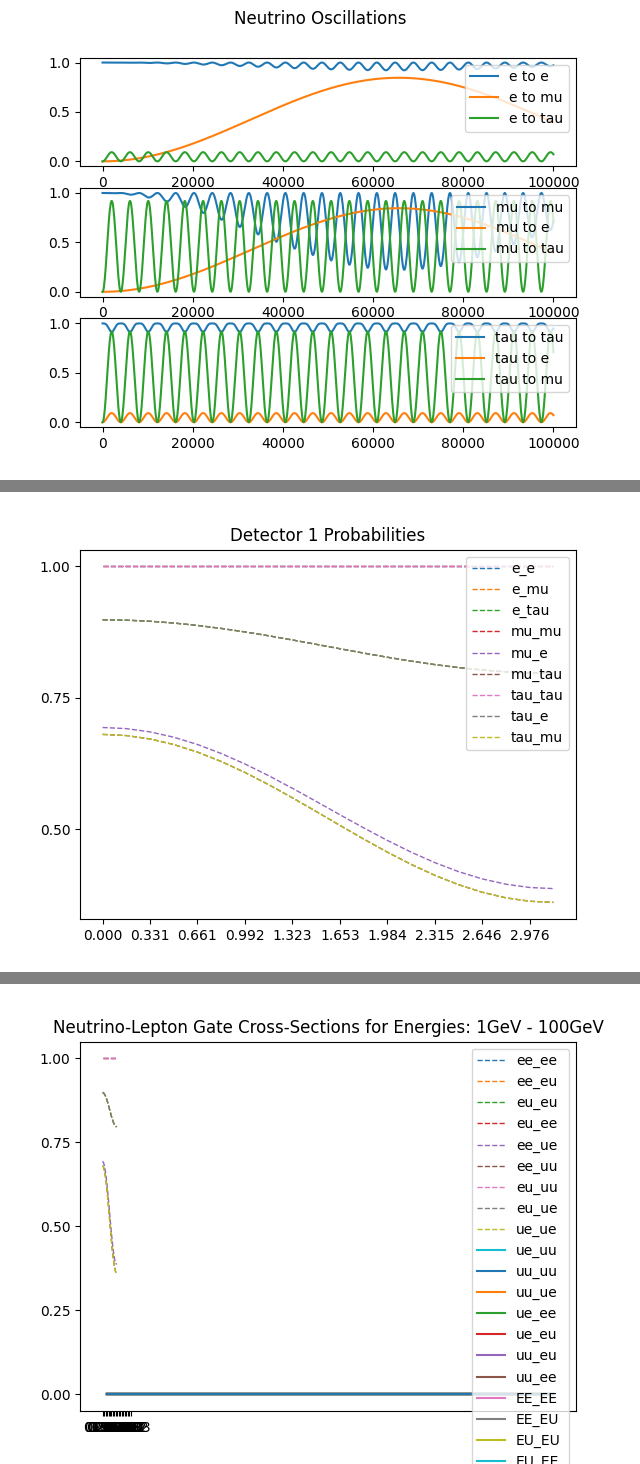
Repository: MichaelCullen2011/QuantumAndNeutrinos
Script's output: python neutrinos.py
The author's editor kept a copy of each file at every save. The script's output is drawn from the files as they stood at one save, then again after the next save.
Each picture stacks the figures in order, with grey between them; figures that are only written to a file come last. Random numbers start from a fixed seed.

Above is the script's output before, as saved 2021-06-02 16:43:33.

### neutrinos.py
import numpy as np
import matplotlib.pyplot as plt


'''
To Do           - tau interactions
                - clean up constant variables into dicts or lists
'''


'''
Variables and Constants
'''
# # Constants
# Mass difference squared between two flavour states
delta_m_sq = {'eu': 7.53e-5, 'tu': 2.44e-3, 'te': 2.44e-3, 'ue': 7.53e-5, 'ut': 2.44e-3, 'et': 2.44e-3}     # eV**2
delta_m_e_mu_sq = 7.53e-5      # eV**2
delta_m_tau_mu_sq = 2.44e-3    # eV**2  # can be +ve or -ve
delta_m_tau_e_sq = 2.44e-3     # eV**2  # can be +ve or -ve
delta_m_mu_e_sq = delta_m_e_mu_sq      # eV**2
delta_m_mu_tau_sq = delta_m_tau_mu_sq    # can be +ve or -ve
delta_m_e_tau_sq = delta_m_tau_e_sq     # eV**2

# Angle between flavour states
sin_q_theta = {'eu': 0.846, 'tu': 0.92, 'te': 0.093, 'ue': 0.846, 'ut': 0.92, 'et': 0.093}
sin_sq_theta_e_tau = 0.093
sin_sq_theta_e_mu = 0.846
sin_sq_theta_mu_tau = 0.92      # actually > 0.92 but it varies on atmospheric values
sin_sq_theta_mu_e = sin_sq_theta_e_mu
sin_sq_theta_tau_e = sin_sq_theta_e_tau
sin_sq_theta_tau_mu = sin_sq_theta_mu_tau

G_f = 1.1663787e-5         # GeV-2
sin_sq_theta_w = 0.22290        # Weinberg angle
m_e = 0.511 * 1e-3     # GeV c-2
m_u = 105 * 1e-3       # GeV c-2
sigma_naught = 1.72e-45         # m**2 / GeV

# # Variables
# m_out = 10       # reactant mass out (electrons, muons etc)
# m_in = 1000        # reactant mass in (electrons, muons etc)
# E_v = 100     # Neutrino energy
# L = 10       # distance oscillating (for oscillation)
# E = E_v     # Neutrino beam energy
# d = 10       # distance travelled (for decoherence)



'''
Oscillation Probabilities   -   p_oscill = (np.sin(2 * theta))**2 * (np.sin((delta_m_sq * L) / (4 * E)))**2
'''
class Oscillations:
    def __init__(self, distance=1e6, energy=10):
        self.prob_list = {
            'eu': [], 'et': [],
            'ue': [], 'ut': [],
            'te': [], 'tu': [],
            'ee': [], 'uu': [],     # do these last as theyre calculated based on the previously calculated
            'tt': [],
        }

        self.prob_reduced = {
            'e': [],
            'u': [],
            't': []
        }

        self.prob_neut = []

        self.max_points = 1000      # Number of points
        self.E = energy
        self.L = distance    # Km
        self.x_range = np.linspace(0, self.L / self.E, self.max_points)
        theta_range = np.linspace(0, 2 * np.pi, self.max_points)


    def calculate(self):
        for x in self.x_range:
            # print(f"Calculated Probability of {self.max_points}")
            for change in self.prob_list.keys():
                if change not in ['ee', 'uu', 'tt']:
                    self.prob_list[change].append(Oscillations.prob(self, flavours=change, x=x))
            self.prob_list['ee'].append(1 - (self.prob_list['eu'][-1] * self.prob_list['et'][-1]))
            self.prob_list['uu'].append(1 - (self.prob_list['ue'][-1] * self.prob_list['ut'][-1]))
            self.prob_list['tt'].append(1 - (self.prob_list['te'][-1] * self.prob_list['tu'][-1]))

        self.prob_reduced['e'] = [self.prob_list['ee'], self.prob_list['eu'], self.prob_list['et']]
        self.prob_reduced['u'] = [self.prob_list['uu'], self.prob_list['ue'], self.prob_list['ut']]
        self.prob_reduced['t'] = [self.prob_list['tt'], self.prob_list['te'], self.prob_list['tu']]
        Oscillations.plot(self)


    def plot(self):
        fig, axs = plt.subplots(3)
        fig.suptitle('Neutrino Oscillations')
        n = 0
        for initial in self.prob_reduced.values():
            if n == 0:
                for p in initial:
                    axs[n].plot(self.x_range, p)
                    axs[n].legend(['e to e', 'e to mu', 'e to tau'], loc=1)
            if n == 1:
                for p in initial:
                    axs[n].plot(self.x_range, p)
                    axs[n].legend(['mu to mu', 'mu to e', 'mu to tau'], loc=1)
            if n == 2:
                for p in initial:
                    axs[n].plot(self.x_range, p)
                    axs[n].legend(['tau to tau', 'tau to e', 'tau to mu'], loc=1)
            n += 1
        plt.show()


    def prob(self, flavours, x):
        if flavours == 'eu':
            prob = sin_sq_theta_e_mu * np.square(np.sin(1.27 * delta_m_e_mu_sq * x / 4))
        elif flavours == 'et':
            prob = sin_sq_theta_e_tau * np.square(np.sin(1.27 * delta_m_e_tau_sq * x / 4))
        elif flavours == 'ue':
            prob = sin_sq_theta_e_mu * np.square(np.sin(1.27 * delta_m_mu_e_sq * x / 4))
        elif flavours == 'ut':
            prob = sin_sq_theta_mu_tau * np.square(np.sin(1.27 * delta_m_mu_tau_sq * x / 4))
        elif flavours == 'te':
            prob = sin_sq_theta_tau_e * np.square(np.sin(1.27 * delta_m_tau_e_sq * x / 4))
        elif flavours == 'tu':
            prob = sin_sq_theta_tau_mu * np.square(np.sin(1.27 * delta_m_tau_mu_sq * x / 4))
        return prob



'''
Cross Sections
'''
class CrossSections:
    def __init__(self, energy, lepton):
        E_v = energy
        sigma_naught = 1.72e-45

        s_e = sigma_naught * np.pi / G_f**2
        s_u = s_e * (m_u / m_e)

        sigma_naught_e = (2 * m_e * G_f**2 * E_v) / np.pi
        sigma_naught_u = (2 * m_u * G_f**2 * E_v) / np.pi

        if lepton == 'e':
            sigma_naught = sigma_naught_e
            self.cs_without_ms = {'e_e': [], 'E_E': [], 'E_U': [], 'u_e': [], 'u_u': [], 'U_U': []}
            self.cs_with_ms = {'e_e': [], 'E_E': [], 'E_U': [], 'u_e': [], 'u_u': [], 'U_U': []}

        elif lepton == 'u':
            sigma_naught = sigma_naught_u
            self.cs_without_ms = {'e_e': [], 'E_E': [], 'U_E': [], 'e_u': [], 'u_u': [], 'U_U': []}
            self.cs_with_ms = {'e_e': [], 'E_E': [], 'U_E': [], 'e_u': [], 'u_u': [], 'U_U': []}

        for flavour in self.cs_without_ms.keys():
            cs = CrossSections.neutrino_and_electron(self, flavour=flavour) * energy * sigma_naught
            self.cs_without_ms[flavour].append(cs)
            self.cs_with_ms[flavour].append(
                cs * energy * sigma_naught *
                CrossSections.mass_suppression(
                    self, flavour, energy=energy, reaction_lepton=lepton
                )
            )

    def neutrino_and_electron(self, flavour):
        if flavour == 'e_e':
            cs = 0.25 + sin_sq_theta_w + (4 / 3) * np.square(sin_sq_theta_w)
        elif flavour == 'E_E':
            cs = (1 / 12) + 1 / 3 * (sin_sq_theta_w + 4 / 3 * np.square(sin_sq_theta_w))
        elif flavour == 'E_U' or flavour == 'U_E':
            cs = 1 / 3
        elif flavour == 'u_e' or flavour == 'e_u':
            cs = 1
        elif flavour == 'u_u':
            cs = 1 / 4 - sin_sq_theta_w + 4 / 3 * np.square(sin_sq_theta_w)
        elif flavour == 'U_U':
            cs = 1 / 12 - 1 / 3 * sin_sq_theta_w + 4 / 3 * np.square(sin_sq_theta_w)
        return cs

    def mass_suppression(self, flavour, energy, reaction_lepton='e'):
        m_E = m_e
        m_U = m_u
        if reaction_lepton == 'e':
            m_in = m_e
        elif reaction_lepton == 'u':
            m_in = m_u

        if flavour == 'e_e':
            zeta = 1 - ((m_e ** 2) / (m_in ** 2 + 2 * m_in * energy))
        elif flavour == 'E_E':
            zeta = 1 - ((m_e ** 2) / (m_in ** 2 + 2 * m_in * energy))
        elif flavour == 'E_U':
            zeta = 1 - ((m_u ** 2) / (m_in ** 2 + 2 * m_in * energy))
        elif flavour == 'u_e':
            zeta = 1 - ((m_u ** 2) / (m_in ** 2 + 2 * m_in * energy))
        elif flavour == 'u_u':
            zeta = 1 - ((m_e ** 2) / (m_in ** 2 + 2 * m_in * energy))
        elif flavour == 'U_U':
            zeta = 1 - ((m_e ** 2) / (m_in ** 2 + 2 * m_in * energy))
        # neutrino-muon specific reactions
        elif flavour == 'U_E':
            zeta = 1 - ((m_e ** 2) / (m_in ** 2 + 2 * m_in * energy))
        elif flavour == 'e_u':
            zeta = 1 - ((m_e ** 2) / (m_in ** 2 + 2 * m_in * energy))
        return zeta



'''
Wave Functions (for plotting)
'''
class WaveFunctions:
    def __init__(self, accuracy):
        phi = np.linspace(0, np.pi, accuracy)
        theta = np.linspace(0, 2 * np.pi, 20)
        prob_at_detector = {'e_e': [], 'e_mu': [], 'e_tau': [],
                            'mu_mu': [], 'mu_e': [], 'mu_tau': [],
                            'tau_tau': [], 'tau_e': [], 'tau_mu': []}
        flavour_list = ['e_e', 'e_mu', 'e_tau', 'mu_mu', 'mu_e', 'mu_tau', 'tau_tau', 'tau_e', 'tau_mu']
        detector_1 = {'e_e': [], 'e_mu': [], 'e_tau': [],
                      'mu_mu': [], 'mu_e': [], 'mu_tau': [],
                      'tau_tau': [], 'tau_e': [], 'tau_mu': []}
        detector_2 = {'e_e': [], 'e_mu': [], 'e_tau': [],
                      'mu_mu': [], 'mu_e': [], 'mu_tau': [],
                      'tau_tau': [], 'tau_e': [], 'tau_mu': []}

        for flavour_change in flavour_list:
            for phi_value in phi:
                prob_at_detector[flavour_change].append(WaveFunctions.prob(self, flavour=flavour_change, phi=phi_value))

            for tuple in prob_at_detector[flavour_change]:
                detector_1[flavour_change].append(tuple[0])
                detector_2[flavour_change].append(tuple[0])

        fig1 = plt.figure()
        fig2 = plt.figure()
        ax1 = fig1.add_subplot(111)
        ax2 = fig2.add_subplot(111)
        ax1.title.set_text('Detector 1 Probabilities')
        ax2.title.set_text('Detector 2 Probabilities')

        ax1.set_xticks(ticks=np.linspace(start=0, stop=2 * np.pi, num=int(accuracy)))
        ax1.set_yticks(ticks=np.linspace(0, 1, num=5))
        ax2.set_xticks(ticks=np.linspace(start=0, stop=2 * np.pi, num=int(accuracy)))
        ax2.set_yticks(ticks=np.linspace(0, 1, num=5))


        for prob_list in detector_1.values():
            #print(prob_list)
            ax1.plot(phi, prob_list, '--', linewidth=1)

        for prob_list in detector_2.values():
            #print(prob_list)
            ax2.plot(phi, prob_list, '--', linewidth=1)

        ax1.legend(flavour_list, loc=1)
        ax2.legend(flavour_list, loc=1)

    def prob(self, flavour, phi):
        order_tau_d_same = 1
        order_tau_d_change = 1 / 3
        if flavour == 'e_e':
            prob_f1 = 1
            prob_f2 = 0
        elif flavour == 'e_mu':
            prob_f1 = 1 - (np.sqrt(sin_sq_theta_e_tau) / 2) * (1 - order_tau_d_change * np.cos(phi))
            prob_f2 = (np.sqrt(sin_sq_theta_e_tau) / 2) * (1 - order_tau_d_change * np.cos(phi))
        elif flavour == 'e_tau':
            prob_f1 = 1 - (np.sqrt(sin_sq_theta_e_tau) / 2) * (1 - order_tau_d_change * np.cos(phi))
            prob_f2 = (np.sqrt(sin_sq_theta_e_tau) / 2) * (1 - order_tau_d_change * np.cos(phi))
        if flavour == 'mu_mu':
            prob_f1 = 1
            prob_f2 = 0
        elif flavour == 'mu_e':
            prob_f1 = 1 - (np.sqrt(sin_sq_theta_e_mu) / 2) * (1 - order_tau_d_change * np.cos(phi))
            prob_f2 = (np.sqrt(sin_sq_theta_e_mu) / 2) * (1 - order_tau_d_change * np.cos(phi))
        elif flavour == 'mu_tau':
            prob_f1 = 1 - (np.sqrt(sin_sq_theta_mu_tau) / 2) * (1 - order_tau_d_change * np.cos(phi))
            prob_f2 = (np.sqrt(sin_sq_theta_mu_tau) / 2) * (1 - order_tau_d_change * np.cos(phi))
        if flavour == 'tau_tau':
            prob_f1 = 1
            prob_f2 = 0
        elif flavour == 'tau_e':
            prob_f1 = 1 - (np.sqrt(sin_sq_theta_tau_e) / 2) * (1 - order_tau_d_change * np.cos(phi))
            prob_f2 = (np.sqrt(sin_sq_theta_tau_e) / 2) * (1 - order_tau_d_change * np.cos(phi))
        elif flavour == 'tau_mu':
            prob_f1 = 1 - (np.sqrt(sin_sq_theta_tau_mu) / 2) * (1 - order_tau_d_change * np.cos(phi))
            prob_f2 = (np.sqrt(sin_sq_theta_tau_mu) / 2) * (1 - order_tau_d_change * np.cos(phi))
        return prob_f1, prob_f2



'''
Gates
'''
class Gates:
    def __init__(self, energy_list):
        self.energy_list = energy_list
        self.gate_energy_reactions = None
        self.leptons = {'e': [], 'u': []}       # currently only considering e and mu (no tau)
        self.all_values = {}

    def calculate(self):
        for energy in self.energy_list:
            for lepton in self.leptons.keys():
                # print(f'\n Cross Sections for Reactions with {lepton} at {energy} GeV:')
                self.leptons[lepton] = CrossSections(energy=energy, lepton=lepton)    # Energy in GeV

            gate_reactions = Gates.gate_cs(Gates.combine_cs(self))
            if self.gate_energy_reactions is None:      # checking if first time running this script
                self.gate_energy_reactions = gate_reactions
            else:
                for flavour, value in gate_reactions.items():
                    self.gate_energy_reactions[flavour].append(value[0])
            self.all_values[energy] = [values for values in gate_reactions.values()]
            print(f"Average Prob for {energy} GeV: ", np.average(self.all_values[energy]))
            if energy == self.energy_list[-1]:
                print(f"Neutrino-Lepton Gate Probabilities for {energy}GeV: \n {gate_reactions}")

        # plot
        Gates.plot_energies(self)
        plt.show()


    def combine_cs(self):
        all_cs = {'e_e': [], 'e_u': [], 'u_u': [], 'u_e': [], 'E_E': [], 'E_U': [], 'U_U': [], 'U_E': []}
        e_class = self.leptons['e']
        u_class = self.leptons['u']
        for all_reaction in all_cs.keys():
            for e_reaction, e_value in e_class.cs_without_ms.items():
                if e_reaction == all_reaction:
                    all_cs[all_reaction].append(e_value[0])
            for u_reaction, u_value in u_class.cs_without_ms.items():
                if u_reaction == all_reaction:
                    all_cs[all_reaction].append(u_value[0])

        for all_reaction, all_values in all_cs.items():
            if len(all_values) > 1:
                all_cs[all_reaction] = [(all_values[0] + all_values[1]) / 2]
        return all_cs


    @staticmethod
    def gate_cs(all_cs):
        # creates our final dict with the probabilities for all gate interactions
        single_reactions = ['e_e', 'e_u', 'u_u', 'u_e']
        single_reactions_anti = ['E_E', 'E_U', 'U_U', 'U_E']
        whole_reaction = []
        for first_reaction in single_reactions:
            for second_reaction in single_reactions:
                whole_reaction.append(first_reaction[0] + second_reaction[0] + '_' + first_reaction[2] + second_reaction[2])
        for first_reaction in single_reactions_anti:
            for second_reaction in single_reactions_anti:
                whole_reaction.append(first_reaction[0] + second_reaction[0] + '_' + first_reaction[2] + second_reaction[2])
        gate_reactions = {whole_keys: [] for whole_keys in whole_reaction}


        # reaction 1 is reaction_combined[0] + '_' + reaction_combined[3]
        # reaction 2 in reaction_combined[1] + '_' + reaction_combined[4]
        for reaction_combined in gate_reactions.keys():
            first_reaction = reaction_combined[0] + '_' + reaction_combined[3]
            second_reaction = reaction_combined[1] + '_' + reaction_combined[4]
            gate_reactions[reaction_combined] = [all_cs[first_reaction][0] * all_cs[second_reaction][0]]

        # for key, value in gate_reactions.items():
        #     print(f"{key}: {value}")
        return gate_reactions


    def plot_energies(self):
        for flavour, values in self.gate_energy_reactions.items():
            self.gate_energy_reactions[flavour] = [values, list(self.energy_list)]

        for flavour, values in self.gate_energy_reactions.items():
            plt.plot(values[1], values[0], '-')
        plt.title(f"Neutrino-Lepton Gate Cross-Sections for Energies: {int(min(self.energy_list))}GeV - {int(max(self.energy_list))}GeV")
        plt.legend(self.gate_energy_reactions.keys())



'''
Running
'''
Oscillations(distance=1e6, energy=10).calculate()    # Prints oscillation probabilities for flavours given the distance it travels

WaveFunctions(accuracy=20)      # Currently Broken. Doesnt plot correctly # Accuracy is the number of points within the range

Gates(energy_list=np.linspace(1, 100, 10)).calculate()         # calculates and plots gate probabilities at various energies for different interactions

plt.show()

After the next save:
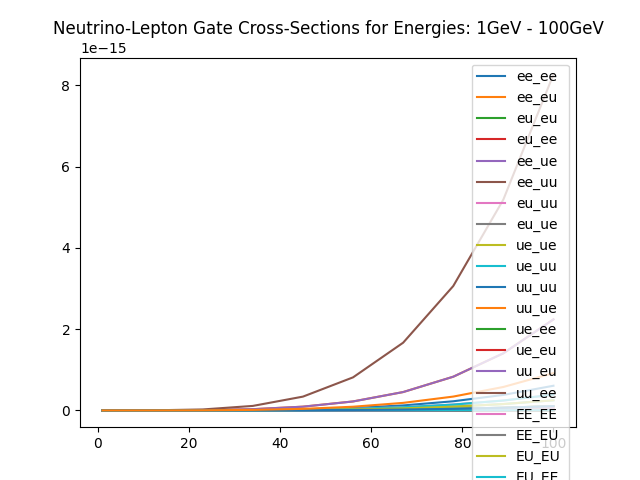
Saved 14 s later.
--- a/neutrinos.py
+++ b/neutrinos.py
@@ -381,9 +381,9 @@
 '''
 Running
 '''
-Oscillations(distance=1e6, energy=10).calculate()    # Prints oscillation probabilities for flavours given the distance it travels
-
-WaveFunctions(accuracy=20)      # Currently Broken. Doesnt plot correctly # Accuracy is the number of points within the range
+# Oscillations(distance=1e6, energy=10).calculate()    # Prints oscillation probabilities for flavours given the distance it travels
+
+# WaveFunctions(accuracy=20)      # Currently Broken. Doesnt plot correctly # Accuracy is the number of points within the range
 
 Gates(energy_list=np.linspace(1, 100, 10)).calculate()         # calculates and plots gate probabilities at various energies for different interactions
 

After the save that followed:
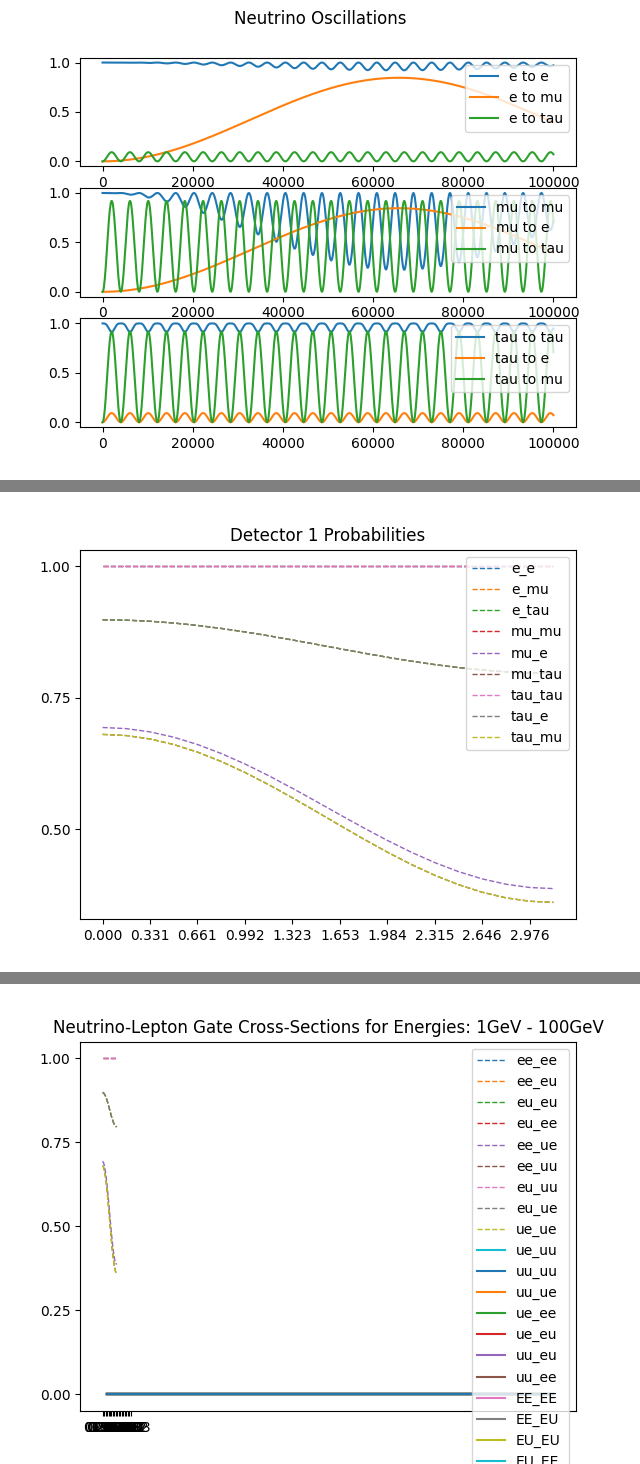
Saved 6 s later.
--- a/neutrinos.py
+++ b/neutrinos.py
@@ -381,9 +381,9 @@
 '''
 Running
 '''
-# Oscillations(distance=1e6, energy=10).calculate()    # Prints oscillation probabilities for flavours given the distance it travels
-
-# WaveFunctions(accuracy=20)      # Currently Broken. Doesnt plot correctly # Accuracy is the number of points within the range
+Oscillations(distance=1e6, energy=10).calculate()    # Prints oscillation probabilities for flavours given the distance it travels
+
+WaveFunctions(accuracy=20)      # Currently Broken. Doesnt plot correctly # Accuracy is the number of points within the range
 
 Gates(energy_list=np.linspace(1, 100, 10)).calculate()         # calculates and plots gate probabilities at various energies for different interactions
 
